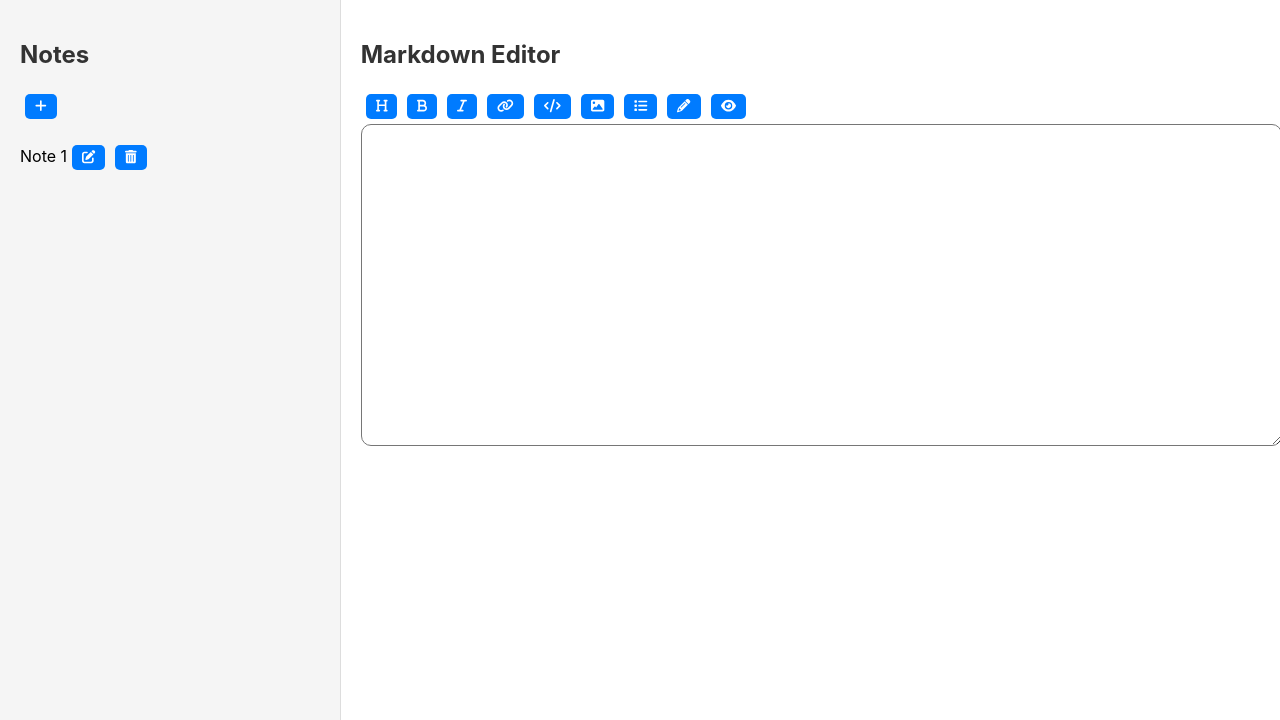
Repository: sriram1224/markdown_editor
Page: /
The author's editor kept a copy of each file at every save. The page is drawn from the files as they stood at one save, then again after the next save.
The browser window is 1280 px wide. The pictures show the whole page.
The project was rebuilt for these pictures with package versions that can differ from the ones it lists, and the page was loaded fresh each time.

Above is the page before, as saved 2024-04-22 23:20:18.

### src/App.js
import "./App.css";
import MarkdownEditor from './Components/Markdown';
function App() {
  return (
    <div>
     <MarkdownEditor />
    </div>
  );
}

export default App;

### src/App.css
.container {
  display: flex;
  height: 100vh;
}

.notes-container {
  width: 25%;
  background-color: #f5f5f5;
  padding: 20px;
  border-right: 1px solid #ddd;
  overflow-y: auto;
}

.notes-container h2 {
  color: #333;
}

.notes-container ul {
  list-style-type: none;
  padding: 0;
}

.notes-container ul li {
  margin: 10px 0;
}

.markdown-container {
  width: 75%;
  background-color: #fff;
  padding: 20px;
  overflow-y: auto;
}

.markdown-container h2 {
  color: #333;
}

.markdown-container textarea {
  width: 100%;
  height: 300px;
  border-radius: 10px;
  padding: 10px;
  font-size: 16px;
}

.button {
  margin: 5px;
  padding: 5px 10px;
  border: none;
  border-radius: 5px;
  background-color: #007bff;
  color: white;
  cursor: pointer;
}

.button:hover {
  background-color: #0056b3;
}

### src/Components/Markdown.js
import React, { useState, useRef } from 'react';
import ReactMarkdown from 'react-markdown';
import { FontAwesomeIcon } from '@fortawesome/react-fontawesome';
import { faHeading, faBold, faItalic, faLink, faCode, faImage, faList, faEdit, faTrashAlt, faEye, faPencilAlt } from '@fortawesome/free-solid-svg-icons';
import { faPlus } from '@fortawesome/free-solid-svg-icons';


const MarkdownEditor = () => {
  const [notes, setNotes] = useState([{ id: 1, content: '' }]);
  const [currentNoteId, setCurrentNoteId] = useState(1);
  const [markdownContent, setMarkdownContent] = useState('');
  const [showEditor, setShowEditor] = useState(true);

  const textareaRef = useRef();

  const handleNoteAdd = () => {
    const newNoteId = (notes[notes.length - 1]?.id || 0) + 1;
    setNotes([...notes, { id: newNoteId, content: '' }]);
    setCurrentNoteId(newNoteId);
    setMarkdownContent('');
    setShowEditor(true);
  };

  const handleNoteChange = (id, content) => {
    const updatedNotes = notes.map((note) =>
      note.id === id ? { ...note, content } : note
    );
    setNotes(updatedNotes);
  };

  const handleEditorChange = (content) => {
    setMarkdownContent(content);
    handleNoteChange(currentNoteId, content);
  };

  const handleNoteClick = (id) => {
    const note = notes.find(note => note.id === id);
    if (note) {
      setCurrentNoteId(id);
      setMarkdownContent(note.content);
      setShowEditor(true);
    }
  };

  const handleMarkdownFeatureClick = (feature) => {
    const markdownSnippet = {
      heading: '# heading\n',
      bold: '**bold text**\n',
      italic: '*italic text*\n',
      link: '[link text](http://example.com)\n',
      code: '`code`\n',
      image: '![alt text](image.jpg)\n',
      list: '- list item\n',
    }[feature];

    const cursorPosition = textareaRef.current.selectionStart;
    const newMarkdownContent = [
      markdownContent.slice(0, cursorPosition),
      markdownSnippet,
      markdownContent.slice(cursorPosition),
    ].join('');

    setMarkdownContent(newMarkdownContent);
    handleNoteChange(currentNoteId, newMarkdownContent);
  };

  const handleNoteDelete = (id) => {
    setNotes(notes.filter(note => note.id !== id));
    if (id === currentNoteId) {
      setCurrentNoteId(null);
      setMarkdownContent('');
      setShowEditor(false);
    }
  };

  return (
    <div className="container">
      <div className="notes-container">
              <div>
              <h2>Notes</h2>
       <button className="button" onClick={handleNoteAdd}>
  <FontAwesomeIcon icon={faPlus} />
</button>

              </div><ul>
          {notes.map((note) => (
            <li key={note.id}>
              Note {note.id}
              <button className="button" onClick={() => handleNoteClick(note.id)}><FontAwesomeIcon icon={faEdit} /></button>
              <button className="button" onClick={() => handleNoteDelete(note.id)}><FontAwesomeIcon icon={faTrashAlt} /></button>
            </li>
          ))}
        </ul>
      </div>
      <div className="markdown-container">
        <h2>Markdown Editor</h2>
        <div>
          <button className="button" onClick={() => handleMarkdownFeatureClick('heading')}><FontAwesomeIcon icon={faHeading} /></button>
          <button className="button" onClick={() => handleMarkdownFeatureClick('bold')}><FontAwesomeIcon icon={faBold} /></button>
          <button className="button" onClick={() => handleMarkdownFeatureClick('italic')}><FontAwesomeIcon icon={faItalic} /></button>
          <button className="button" onClick={() => handleMarkdownFeatureClick('link')}><FontAwesomeIcon icon={faLink} /></button>
          <button className="button" onClick={() => handleMarkdownFeatureClick('code')}><FontAwesomeIcon icon={faCode} /></button>
          <button className="button" onClick={() => handleMarkdownFeatureClick('image')}><FontAwesomeIcon icon={faImage} /></button>
          <button className="button" onClick={() => handleMarkdownFeatureClick('list')}><FontAwesomeIcon icon={faList} /></button>

          <button className="button" onClick={() => setShowEditor(true)}><FontAwesomeIcon icon={faPencilAlt} /></button>
          <button className="button" onClick={() => setShowEditor(false)}><FontAwesomeIcon icon={faEye} /></button>
        </div>
        {showEditor ? (
          <textarea
            ref={textareaRef}
            value={markdownContent}
            onChange={(e) => handleEditorChange(e.target.value)}
            className="textarea"
          />
        ) : (
          <ReactMarkdown className="markdown-content">{markdownContent}</ReactMarkdown>
        )}
      </div>
    </div>
  );
};

export default MarkdownEditor;

Loaded but not shown: public/index.html (common file); src/index.js (common file); src/index.css (common file); src/reportWebVitals.js (common file)

After the next save:
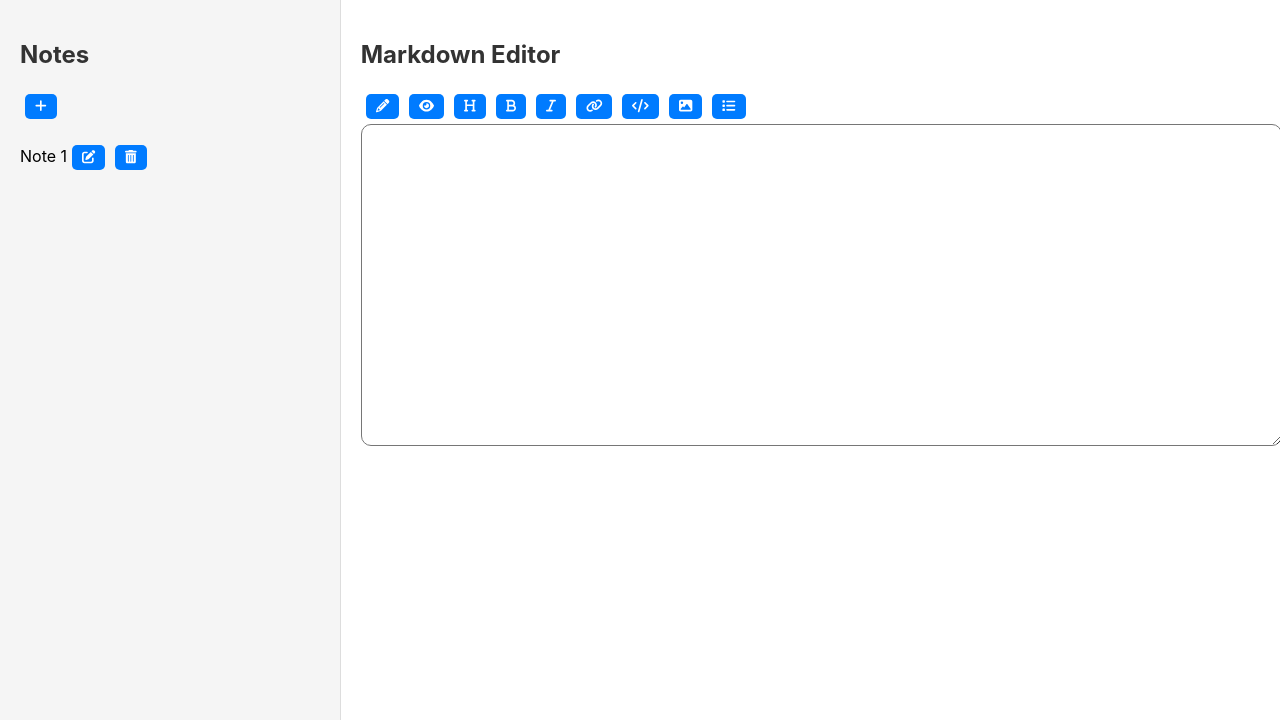
Saved 21 s later.
--- a/src/Components/Markdown.js
+++ b/src/Components/Markdown.js
@@ -94,7 +94,9 @@ const MarkdownEditor = () => {
       </div>
       <div className="markdown-container">
         <h2>Markdown Editor</h2>
-        <div>
+              <div>
+                  <button className="button" onClick={() => setShowEditor(true)}><FontAwesomeIcon icon={faPencilAlt} /></button>
+          <button className="button" onClick={() => setShowEditor(false)}><FontAwesomeIcon icon={faEye} /></button>
           <button className="button" onClick={() => handleMarkdownFeatureClick('heading')}><FontAwesomeIcon icon={faHeading} /></button>
           <button className="button" onClick={() => handleMarkdownFeatureClick('bold')}><FontAwesomeIcon icon={faBold} /></button>
           <button className="button" onClick={() => handleMarkdownFeatureClick('italic')}><FontAwesomeIcon icon={faItalic} /></button>
@@ -103,8 +105,7 @@ const MarkdownEditor = () => {
           <button className="button" onClick={() => handleMarkdownFeatureClick('image')}><FontAwesomeIcon icon={faImage} /></button>
           <button className="button" onClick={() => handleMarkdownFeatureClick('list')}><FontAwesomeIcon icon={faList} /></button>
 
-          <button className="button" onClick={() => setShowEditor(true)}><FontAwesomeIcon icon={faPencilAlt} /></button>
-          <button className="button" onClick={() => setShowEditor(false)}><FontAwesomeIcon icon={faEye} /></button>
+
         </div>
         {showEditor ? (
           <textarea
